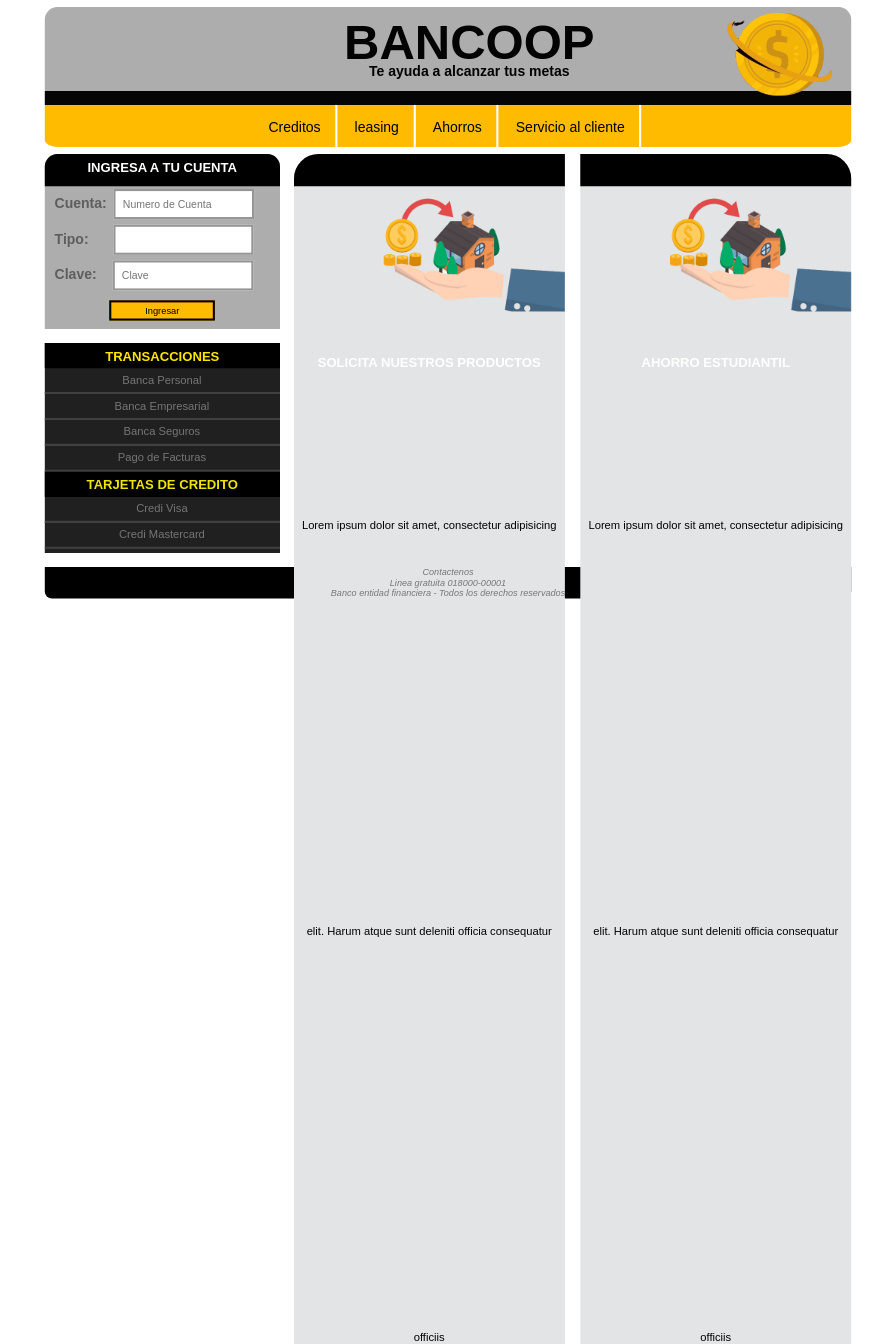
Repository: NickArregoces/BANCOOP
Page: Index.html
The author's editor kept a copy of each file at every save. The page is drawn from the files as they stood at one save, then again after the next save.
The browser window is 1280 px wide. The pictures show the part of the page from y = 0 to 1920 px (the page is 4200 px tall before and 855 px after), at 70% of full size.

Above is the page before, as saved 2021-10-04 17:36:08.

### Index.html
<!DOCTYPE html>
<html lang="en">
<head>
    <meta charset="UTF-8">
    <meta http-equiv="X-UA-Compatible" content="IE=edge">
    <meta name="viewport" content="width=device-width, initial-scale=1.0">
    <title>BANCOOP Home</title>
    <link rel="stylesheet" href="/CSS/Style.css">

</head>
<body>
    <div id="head">
        <header>
            <div class="image">
                <img src="/Images/logo.png" alt="logo">
            </div>
            <div class="title" >
                <h1>BANCOOP</h1>
                <h3>Te ayuda a alcanzar tus metas</h3>
            </div>

        </header>

        <nav class="barra"></nav>

        <div class="navegador">
            <ul class="menu">
                <li><a href="#">Creditos</a></li>
                <li><a href="#">leasing</a></li>
                <li><a href="#">Ahorros</a></li>
                <li><a href="#">Servicio al cliente</a></li>
            </ul>
        </div>

    </div>
        <div id="Contenido">
            <div class="section">
                <form action="" class="login">
                    <h3 style="color: rgb(255, 255, 255);">INGRESA A TU CUENTA</h3>
                        <div class="cuenta">
                            <h4>Cuenta:<input type="number" placeholder="Numero de Cuenta" required></h4>
                        </div>

                        <div class="tipo">
                            <h4>Tipo:<input type="text" required></h4>
                        </div>

                        <div class="clave">
                            <h4>Clave:<input type="password" placeholder="Clave" required></h4>
                        </div>

                    <div class="center">
                        <button class="sumbit"> Ingresar </button>
                    </div>

                </form>

                <article class="opciones">
                    <h3 style="color: rgb(255, 230, 0);">TRANSACCIONES</h3>
                    <li><a href="#">Banca Personal</a></li>
                    <li><a href="#">Banca Empresarial</a></li>
                    <li><a href="#">Banca Seguros</a></li>
                    <li><a href="#">Pago de Facturas</a></li>

                    <h3 style="color: rgb(238, 230, 0);">TARJETAS DE CREDITO</h3>
                    <li><a href="#">Credi Visa</a></li>
                    <li><a href="#">Credi Mastercard</a></li>
                </article>
            </div>

            <div id="Cuadros">
                <aside>
                    <div class="solicita">
                        <h3 style="color: rgb(255, 255, 255);">SOLICITA NUESTROS PRODUCTOS</h3>

                        <img src="/Images/Wallpaper(80).jpg" alt="">

                        <p>Lorem ipsum dolor sit amet, consectetur adipisicing elit.
                            Harum atque sunt deleniti officia consequatur officiis</p>
                    </div>

                    <div class="ahorro">
                        <h3 style="color: rgb(255, 255, 255);">AHORRO ESTUDIANTIL</h3>

                        <img src="/Images/Wallpaper(80).jpg" alt="">

                        <p>Lorem ipsum dolor sit amet, consectetur adipisicing elit.
                            Harum atque sunt deleniti officia consequatur officiis</p>
                    </div>

                    <div class="credito">
                        <h3 style="color: rgb(255, 255, 255);">CREDITOS VEHICULOS</h3>

                        <img src="/Images/Wallpaper(80).jpg" alt="">

                        <p>Lorem ipsum dolor sit amet, consectetur adipisicing elit.
                            Harum atque sunt deleniti officia consequatur officiis</p>
                    </div>
                    <div class="hipotecario">
                        <h3 style="color: rgb(255, 255, 255);">CREDITOS HIPOTECARIOS</h3>

                        <img src="/Images/Wallpaper(80).jpg" alt="">

                        <p>Lorem ipsum dolor sit amet, consectetur adipisicing elit.
                            Harum atque sunt deleniti officia consequatur officiis</p>
                    </div>
                </aside>
            </div>

            <div>
                <footer>
                        <p>Contactenos</p>
                        <p>Linea gratuita 018000-00001</p>
                        <p>Banco entidad financiera
                        - Todos los derechos reservados</p>
                </footer>
            </div>
        </div>

</body>
</html>

### CSS/Style.css

*{
    margin: 0 auto;
    padding: 0px;
    list-style:none
}
body{
    font-family: Arial, Helvetica, sans-serif;
    background: rgb(255, 255, 255);
    width: 90%;
    color: rgb(3, 3, 3);
}
header{
    width: 100%;
    margin-top: 10px;
    background: rgb(173, 173, 173);
    border-top-left-radius:  18px;
    border-top-right-radius:  18px;
    height: 120px;
}
    img{
        float: right;
        width: 200px;
    }
    .title{
        float: right;
        width: 60%;
        margin-top: 20px;
    }
    header h1{
        font-size: 70px;
        text-align: center;
        line-height: 60px;
        display: block;
    }
    header h3{
        font-size: 20px;
        text-align: center;
    }

nav.barra{
    background: rgb(5, 5, 5);
    height: 20px;
}
div.navegador{
    text-align: center;
}

    ul.menu{
        border-bottom-left-radius: 20px 10px;
        border-bottom-right-radius: 20px 10px;
        background: rgb(255, 187, 0);
        height: 60px;
        list-style: none;
        padding: 0;
        max-width: 10000px;
    }
    .menu li a{
        height: 20px;
        font-size: 20px;
        margin-right: 1px;
        text-decoration: none;
        color:black;
        padding: 20px;
        display: inline-block;
    }
    .menu li {
        border-right: solid white;
        display: inline-block;
        }
    .menu li a:hover{
        background: #242323b6;
        color: white;
        }

.section{
    width: 30%;
    float: left;

}
    form{
        background: rgb(173, 173, 173);
        border-top-left-radius: 18px;
        border-top-right-radius: 18px;
        margin-top: 10px;
        margin-right:10px;
        margin-bottom: 10px;
        height: 250px;
    }
        form h3{
            text-align: center;
            background: black;
            height: 30px;
            padding: 8px;
            border-top-left-radius: 18px;
            border-top-right-radius: 18px;
        }
        form h4{
            font-size: 20px;
            padding: 4px;
            margin-left: 10px;
            color: rgb(95, 93, 93);

        }
        form input{
            font-size: 15px;
            width: 55%;
            padding: 10px;
            display: inline;
            border: solid rgb(149, 149, 149);
            margin-left: 10px;
        }
        div.clave input {
            margin-left: 23px;
        }

        div.tipo input {
            margin-left: 35px;
        }

        div.center{
            margin-top: 10px;
            margin: auto;
            text-align: center;
            width: 50%;
            cursor: pointer;
        }
        button{
            margin-top: 10px;
            width: 90%;
            padding: 4px;
            background: rgb(255, 187, 0);
            border: solid black;
            cursor: pointer;
        }
        button:hover{
            background: #242323b6;
            color: rgb(251, 227, 3);
        }

    article {
        height: 300px;
        background: rgb(32, 32, 32);
        margin-top: 20px;
        margin-right:10px;
        margin-bottom: 10px;
    }
        article h3{
            text-align: center;
            padding: 8px;
            height: 20px;
            background: black;
        }
        .opciones li a{
            margin-right: 1px;
            text-align: center;
            text-decoration: none;
            color:rgb(117, 117, 117);
            padding: 8px;
            display: inline-block;
        }
        .opciones li {
            border-bottom: solid rgba(68, 68, 68, 0.897);
            text-align: center;
            display:inline-flexbox;
            }
        .opciones li a:hover{
            background: #242323b6;
            color: rgb(251, 227, 3);
            }

aside{
    width: 70%;
    height: 580px;
    margin-top: 10px;
    float: right;
    margin-bottom: 10px;
    text-align:center;
	line-height:580px;
}
    div.solicita{
        width: 48%;
        float: left;
        border-top-left-radius: 35px;
        margin-left: 10px;
        background: #e3e4e5;
    }
        div.solicita img {
            width: 260px;
            margin-top: 15px;
            margin-bottom: 15px;
            vertical-align:middle;

        }
        div.solicita h3{
            text-align: center;
            background: black;
            height: 30px;
            padding: 8px;
            border-top-left-radius: 35px;
        }
        div.solicita p{
            display: inline-block;
            text-align: center;
        }

    div.ahorro {
        width: 48%;
        float: right;
        border-top-right-radius: 35px;
        margin-left: 10px;
        background: #e3e4e5;
     }
            div.ahorro img {
                width: 260px;
                margin-top: 15px;
                margin-bottom: 15px;
            }
            div.ahorro h3{
                text-align: center;
                background: black;
                height: 30px;
                padding: 8px;
                border-top-right-radius: 35px;
            }
            div.ahorro p{
                display: inline-block;
                text-align: center;
            }

    div.credito {
        width: 48%;
        float: left;
        margin-top: 15px;
        border-bottom-left-radius: 35px;
        margin-left: 10px;
        background: #e3e4e5;
    }
            div.credito img {
                width: 260px;
                margin-top: 15px;
                margin-bottom: 15px;

            }
            div.credito h3{
                text-align: center;
                background: black;
                height: 30px;
                padding: 8px;
            }
            div.credito p{
                display: inline-block;
                text-align: center;
            }

    div.hipotecario {
        width: 48%;
        float: right;
        border-top-right-radius: 35px;
        border-bottom-right-radius: 35px;
        margin-top: 15px;
        background: #e3e4e5;
        }
            div.hipotecario img {
                width: 260px;
                margin-top: 15px;
                margin-bottom: 15px;
            }
            div.hipotecario h3{
                text-align: center;
                background: black;
                height: 35px;
                padding: 8px;
            }
            div.hipotecario p{
                display: inline-block;
                text-align: center;
            }

footer{
    background: black;
    clear: both;
    border-bottom-left-radius: 10px;
    border-bottom-right-radius: 10px;
}
    footer p{
        font-size: 13px;
        text-align: center;
        line-height: 15px;
        color: rgb(121, 119, 119);
        font-style:italic;
    }

After the next save:
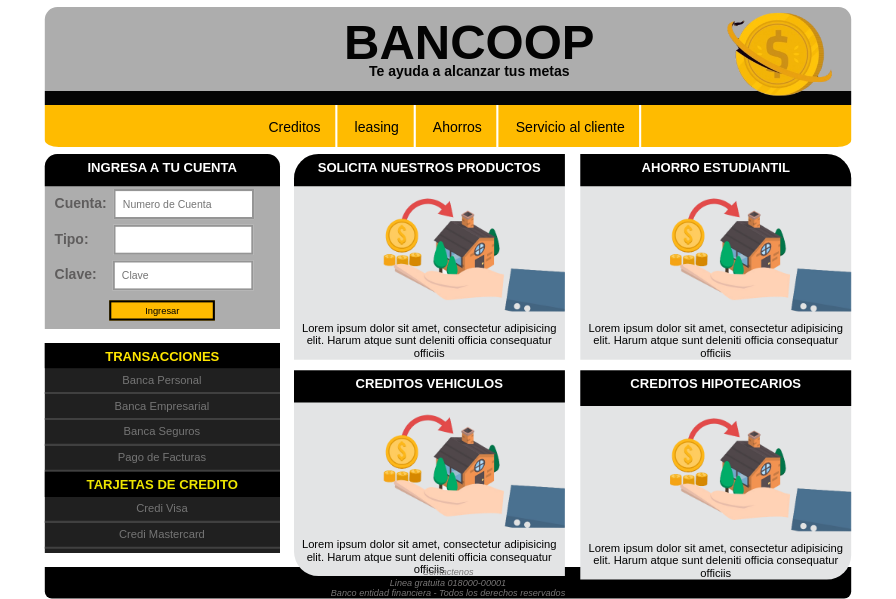
Saved 16 s later.
--- a/CSS/Style.css
+++ b/CSS/Style.css
@@ -176,7 +176,6 @@ aside{
     float: right;
     margin-bottom: 10px;
     text-align:center;
-	line-height:580px;
 }
     div.solicita{
         width: 48%;
